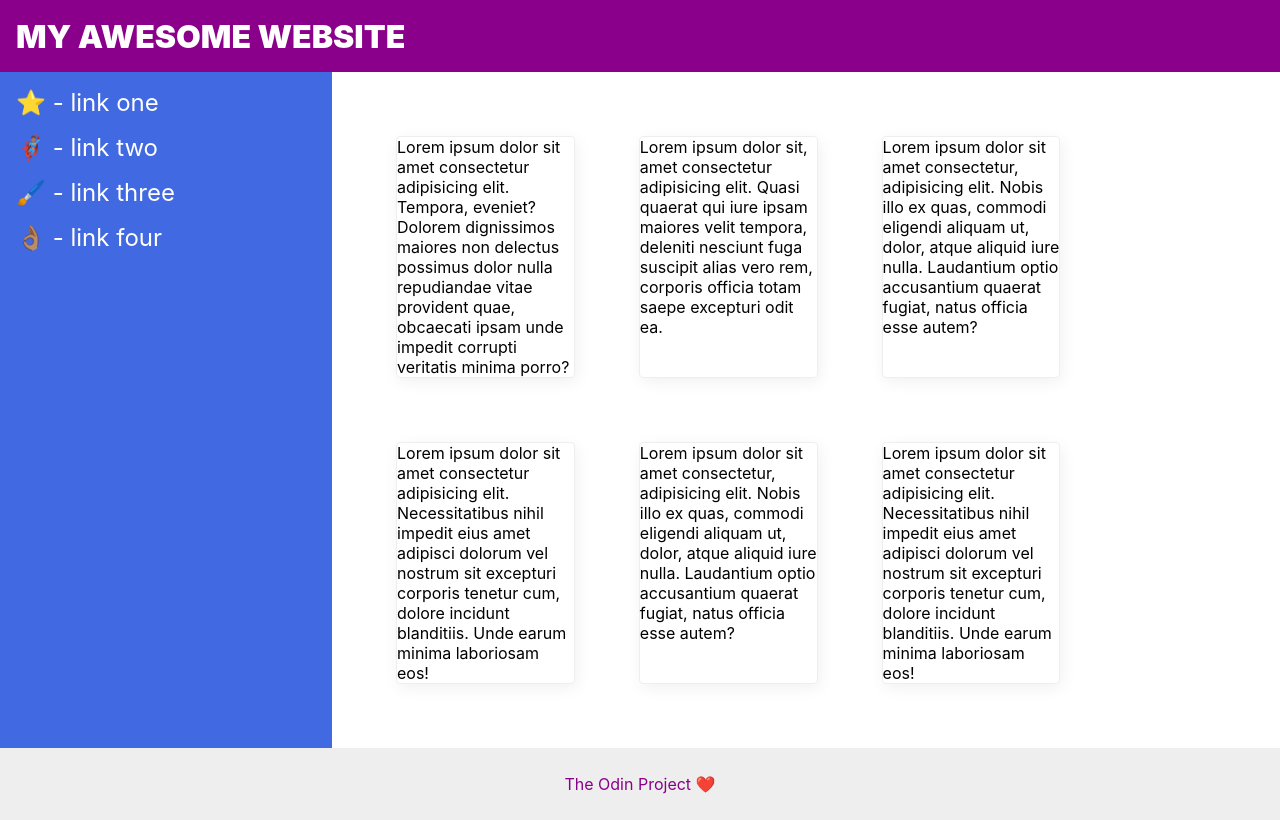
Repository: evemcd/odin_project
Page: 06-odin-css-flex/07-flex-layout-2/index.html
These files come from the project's save history. The page is drawn as it stood at one moment and after the next save; the edit follows.
The browser window is 1280 px wide. The pictures show the whole page.

Above is the page before, as saved 2022-02-04 10:16:23.

After the next save:
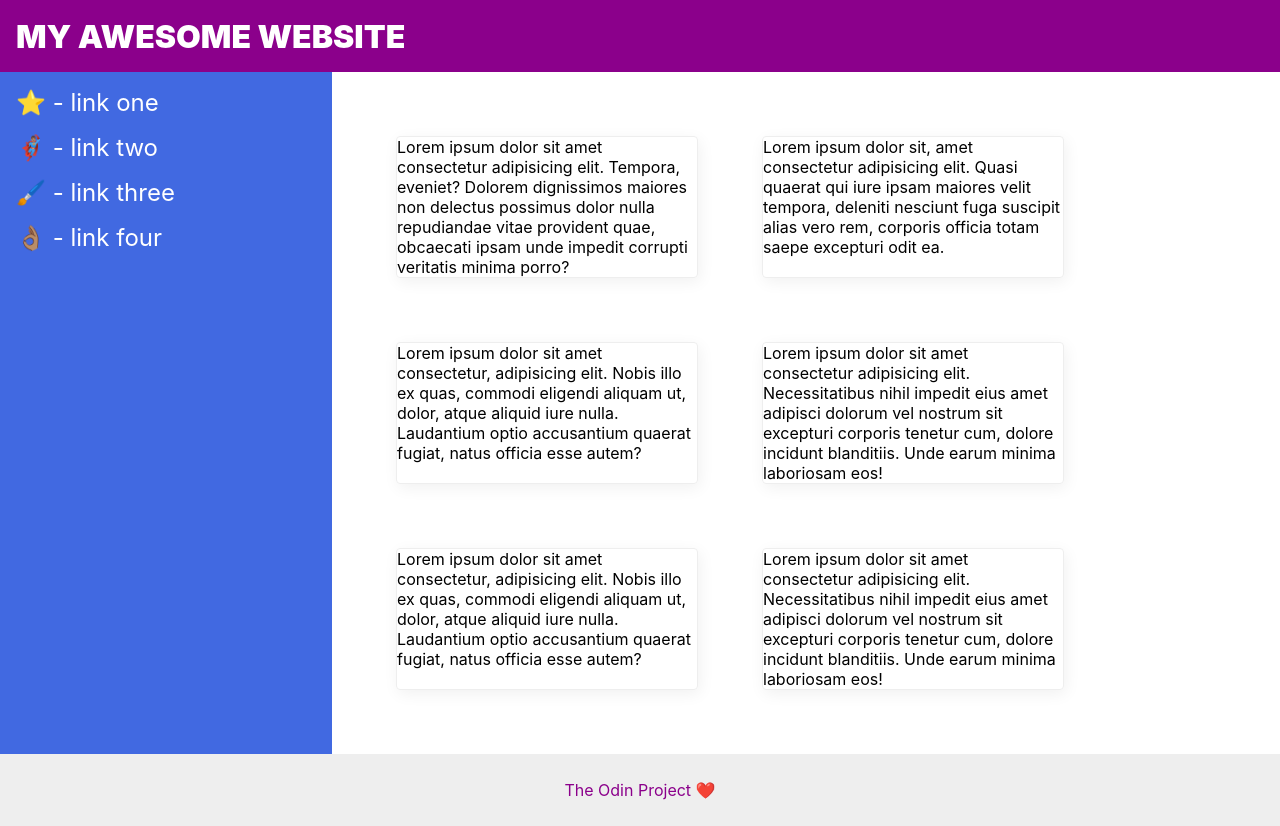
Saved 20 s later.
--- a/06-odin-css-flex/07-flex-layout-2/style.css
+++ b/06-odin-css-flex/07-flex-layout-2/style.css
@@ -38,7 +38,7 @@ body {
     border: 1px solid #eee;
     box-shadow: 2px 4px 16px rgba(0, 0, 0, .06);
     border-radius: 4px;
-    width: 20%;
+    width: 300px;
     margin: 32px;
 }
 
